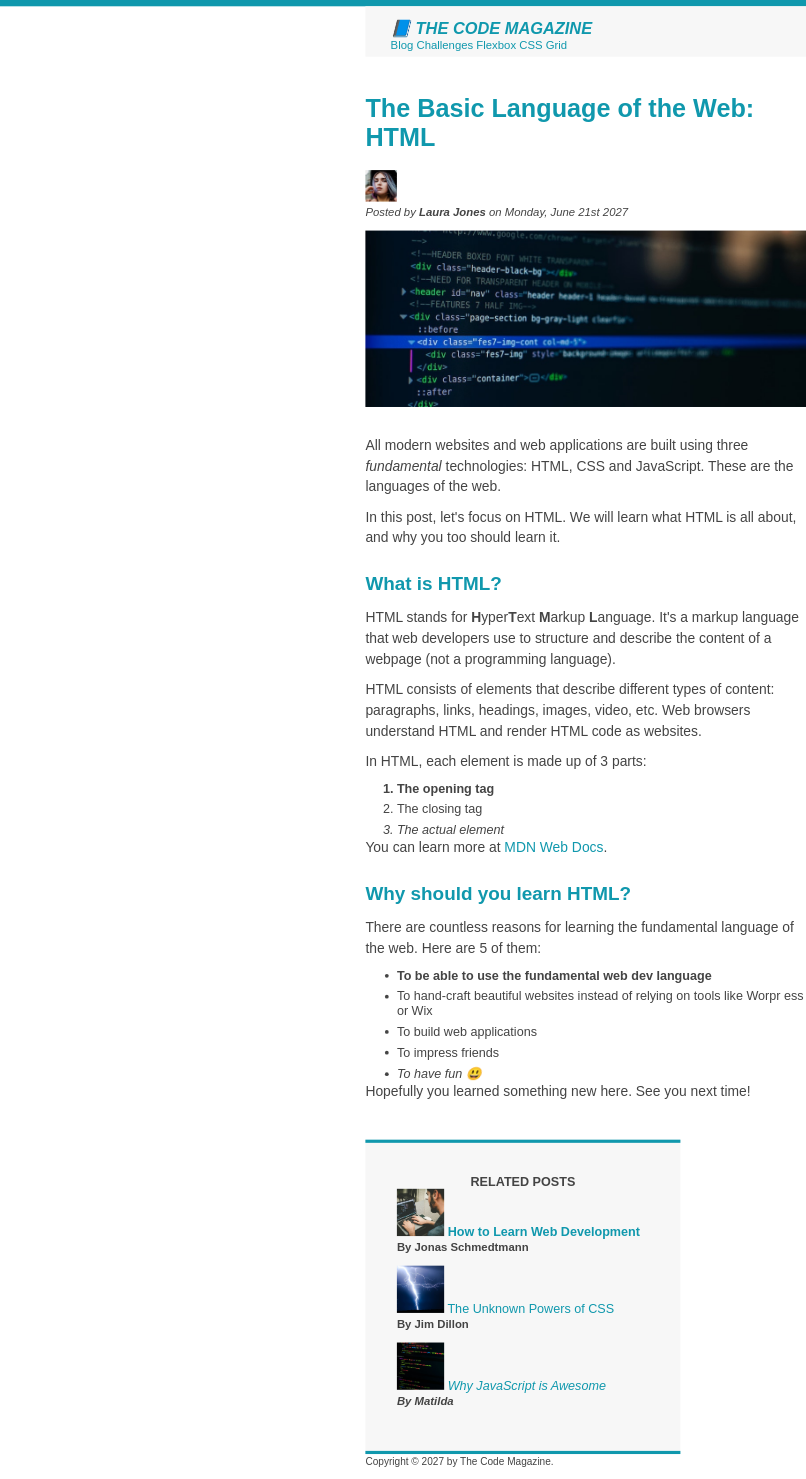
Repository: sunny070/CSS
Page: #1/index.html
An editor plug-in stored every save of this project. The page is shown before and after the next save, followed by the edit.
The browser window is 1280 px wide. The pictures show the whole page, at 63% of full size.

Above is the page before, as saved 2023-11-06 10:21:30.

### #1/index.html
<!DOCTYPE html>
<html lang="en">
  <head>
    <meta charset="UTF-8" />
    <title>The Basic Language of the Web: HTML</title>
    <link rel="stylesheet" href="style.css">
  </head>

  <body>
    <!--
    <h1>The Basic Language of the Web: HTML</h1>
    <h2>The Basic Language of the Web: HTML</h2>
    <h3>The Basic Language of the Web: HTML</h3>
    <h4>The Basic Language of the Web: HTML</h4>
    <h5>The Basic Language of the Web: HTML</h5>
    <h6>The Basic Language of the Web: HTML</h6>
    -->
<div class="container">
    <header class="main-header">
      <h1>📘 The Code Magazine</h1>

      <nav>
        <a href="blog.html">Blog</a>
        <a href="#">Challenges</a>
        <a href="#">Flexbox</a>
        <a href="#">CSS Grid</a>
      </nav>
    </header>

    <article>
      <!-- <p>Test</p> -->
      <header class="post-header">
        <h2>The Basic Language of the Web: HTML</h2>

        <img
          src="img/laura-jones.jpg"
          alt="Headshot of Laura Jones"
          height="50"
          width="50"

        />

        <p id="author">Posted by <strong>Laura Jones</strong> on Monday, June 21st 2027</p>

        <img
          src="img/post-img.jpg"
          alt="HTML code on a screen"
          width="500"
          height="200"
          class="post-img"
        />
      </header>

      <p>
        All modern websites and web applications are built using three
        <em>fundamental</em>
        technologies: HTML, CSS and JavaScript. These are the languages of the
        web.
      </p>

      <p>
        In this post, let's focus on HTML. We will learn what HTML is all about,
        and why you too should learn it.
      </p>

      <h3>What is HTML?</h3>
      <p>
        HTML stands for <strong>H</strong>yper<strong>T</strong>ext
        <strong>M</strong>arkup <strong>L</strong>anguage. It's a markup
        language that web developers use to structure and describe the content
        of a webpage (not a programming language).
      </p>
      <p>
        HTML consists of elements that describe different types of content:
        paragraphs, links, headings, images, video, etc. Web browsers understand
        HTML and render HTML code as websites.
      </p>
      <p>In HTML, each element is made up of 3 parts:</p>

      <ol>
        <li class="first-li">The opening tag</li>
        <li>The closing tag</li>
        <li>The actual element</li>
      </ol>

      <p>
        You can learn more at
        <a
          href="https://developer.mozilla.org/en-US/docs/Web/HTML"
          target="_blank"
          >MDN Web Docs</a
        >.
      </p>

      <h3>Why should you learn HTML?</h3>

      <p>
        There are countless reasons for learning the fundamental language of the
        web. Here are 5 of them:
      </p>

      <ul>
        <li class="first-li">To be able to use the fundamental web dev language</li>
        <li>
          To hand-craft beautiful websites instead of relying on tools like
          Worpr ess or Wix
        </li>
        <li>To build web applications</li>
        <li>To impress friends</li>
        <li>To have fun 😃</li>
      </ul>

      <p>Hopefully you learned something new here. See you next time!</p>
    </article>

    <aside>
      <h4>Related posts</h4>

      <ul class="related">
        <li>
          <img
            src="img/related-1.jpg"
            alt="Person programming"
            width="75"
            width="75"
          />
          <a href="#">How to Learn Web Development</a>
          <p class="related-author">By Jonas Schmedtmann</p>
        </li>
        <li>
          <img src="img/related-2.jpg" alt="Lightning" width="75" heigth="75" />
          <a href="#">The Unknown Powers of CSS</a>
          <p class="related-author">By Jim Dillon</p>
        </li>
        <li>
          <img
            src="img/related-3.jpg"
            alt="JavaScript code on a screen"
            width="75"
            height="75"
          />
          <a href="#">Why JavaScript is Awesome</a>
          <p class="related-author">By Matilda</p>
        </li>
      </ul>
    </aside>

    <footer> <p id="copyright" class="copyright text">Copyright &copy; 2027 by The Code Magazine.</p> </footer>
  </div>
  </body>
</html>

### #1/style.css
*{
    margin:0;
    padding:0;
    box-sizing: border-box;

}

body{
    /* color:red; */
    color:#444;
    font-family: sans-serif;
    border-top:10px solid #1098ad;

}
.container{
    width: 700px;
    margin-left: auto;
    margin
}
.main-header{
    background-color:#f7f7f7 ;
    /* padding: 20px;
    padding-left: 40px;
    padding-right:40px; */
    padding:20px 40px;
    margin-bottom:60px;
    height:80px;
}
nav {
    font-size: 18px;
    }

article{
    margin-bottom:60px;
}



.post-header{
    margin-bottom:40px;
}
aside{
    background-color:#f7f7f7;
    border-top: 5px solid #1098ad;
    border-bottom: 5px solid #1098ad;
    /* padding-top:50px;
    padding-bottom:50px; */
    padding: 50px 0;
    width:500px;

}

h1,h2,h3{
    color:#1098ad;
}

h1{

    font-size: 26px;

    text-transform: uppercase;
    font-style: italic;

}
h2{
    font-size: 40px;
    margin-bottom:30px;


}
h3{
    font-size: 30px;
    margin-bottom:20px;
    margin-top:40px;

}
h4{
    font-size:20px;
    font-family:sans-serif;
    text-transform: uppercase;
    text-align: center;
}
p{
    font-size: 22px;

    line-height: 1.5;
    margin-bottom:15px;
}

ul,ol{
    margin-left:50px;
}
li{

    font-size: 20px;
    margin-bottom:10px ;
}
li:last-child{
    margin-bottom: 0;
}
/* footer p{
    font-size:16px ;
} */

/* article header p{
    font-style: italic;
} */

#author{
    font-style: italic;
    font-size: 18px;
}
#copyright{
    font-size :16px;
}

.related-author{
    font-size:18px;
    font-weight:bold;
}
/* ul{
  list-style: none;
} */

.related{
    list-style: none;
}


/* .first-li{
    font-weight: bold;
} */
li:first-child{
    font-weight: bold;
}

li:last-child{
    font-style: italic;
}
li:nth-child(even){
    /* color:red; */
}

/* Misconception this won't work */
article p:first-child{
    color:red;
}

/* Style Links */
a:link{
    color:#1098ad;
    text-decoration: none;
}
a:visited{
    /* color:#777;
     */
     color: #1098ad;
}
a:hover{
    cursor: pointer;
    color:orange;
    font-weight: bold;
    text-decoration: underline orangered;
}
a:active{
    background-color:black;
    font-style: italic;
}
/* LVHA */

.post-img{
    width:100%;
    height: auto;
}
/* resolving conflicts */
/* #copyright{
    color:red;
}
.copyright{
    color:blue;
}
.text{
    color:yellow;
}

footer p{
    color: #000;
} */

After the next save:
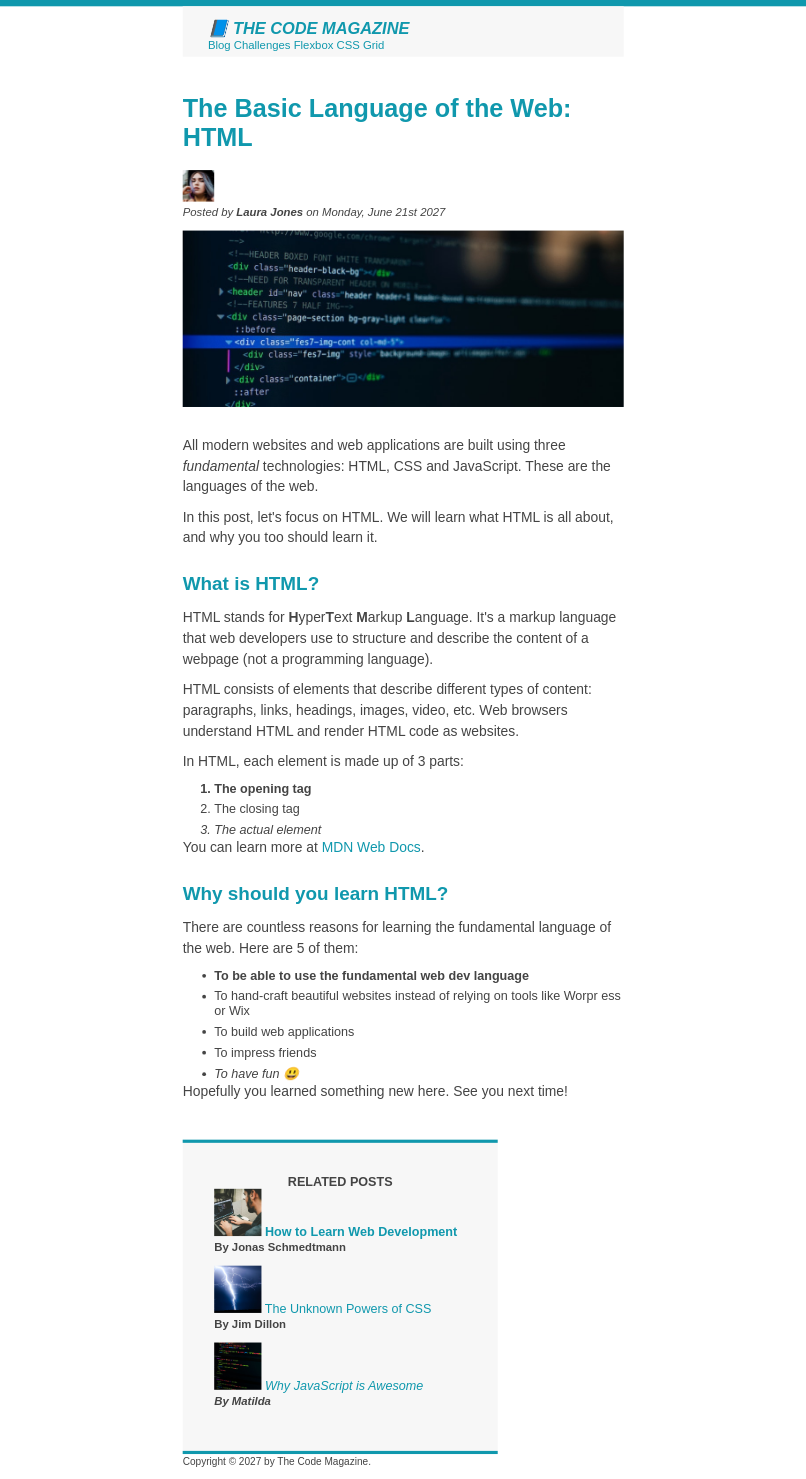
Saved 4 s later.
--- a/#1/style.css
+++ b/#1/style.css
@@ -15,7 +15,7 @@ body{
 .container{
     width: 700px;
     margin-left: auto;
-    margin
+    margin-right: auto;
 }
 .main-header{
     background-color:#f7f7f7 ;
